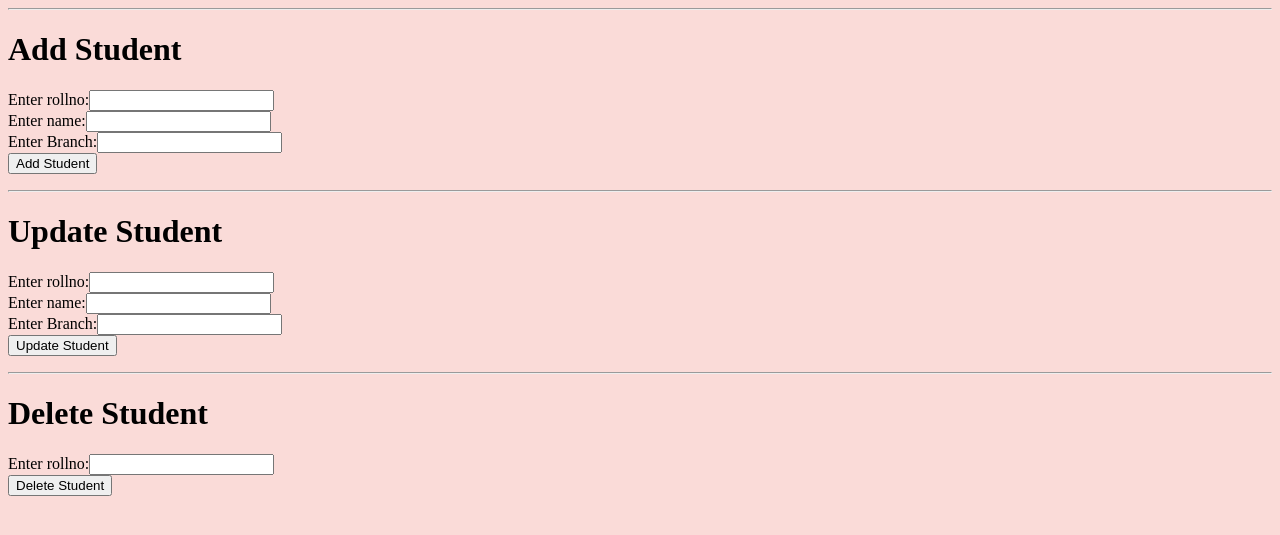
Repository: chinthaginjalabhuvan/Java
Page: RealTimeWebProject/src/main/webapp/index.html
These files come from the project's save history. The page is drawn as it stood at one moment and after the next save; the edit follows.
The browser window is 1280 px wide. The pictures show the whole page.

Above is the page before, as saved 2025-06-03 10:55:15.

### RealTimeWebProject/src/main/webapp/index.html

<html>
<body bgcolor="#fadbd8">
<hr/>
<h1>Add Student</h1>
<form action="AddStudent.jsp">
Enter rollno:<input type="text" name="rollno"/><br/>
Enter name:<input type="text" name="name"/><br/>
Enter Branch:<input type="text" name="branch"/><br/>
<button type="submit">Add Student</button>
</form>
<hr/>
<h1>Update Student</h1>
<form action="UpdateStudent.jsp">
Enter rollno:<input type="text" name="rollno"/><br/>
Enter name:<input type="text" name="name"/><br/>
Enter Branch:<input type="text" name="branch"/><br/>
<button type="submit">Update Student</button>
</form>
<hr/>
<h1>Delete Student</h1>
<form action="DeleteStudent.jsp">
Enter rollno:<input type="text" name="rollno"/><br/>
<button type="submit">Delete Student</button>
</form>
</body>
</html>

After the next save:
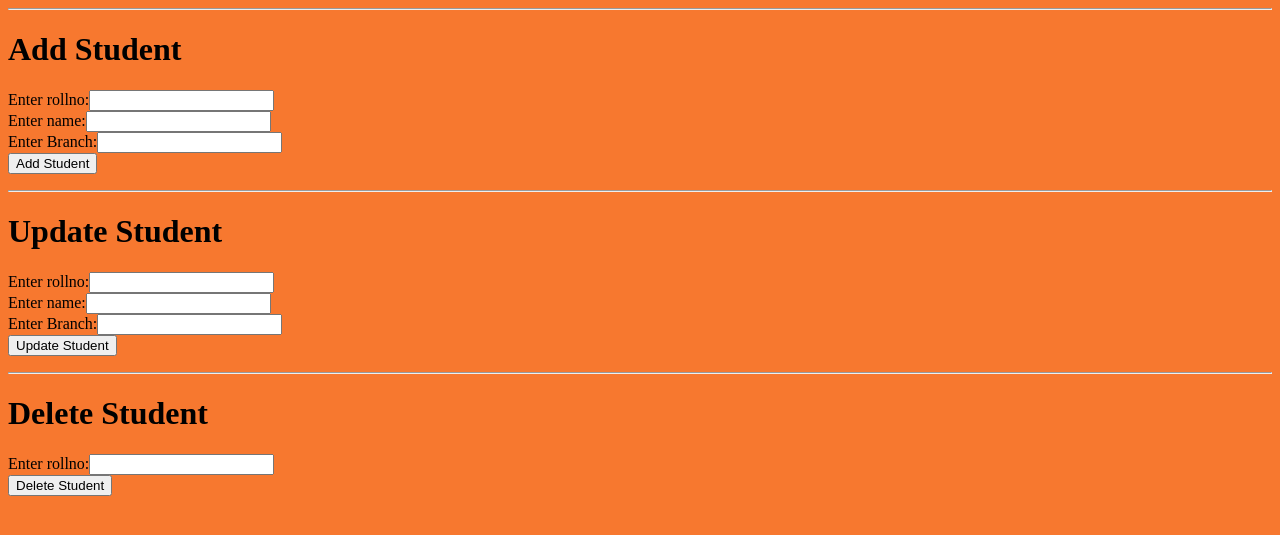
Saved 15 min 13 s later.
--- a/RealTimeWebProject/src/main/webapp/index.html
+++ b/RealTimeWebProject/src/main/webapp/index.html
@@ -1,6 +1,6 @@
 
 <html>
-<body bgcolor="#fadbd8">
+<body bgcolor="#f7782f">
 <hr/>
 <h1>Add Student</h1>
 <form action="AddStudent.jsp">
